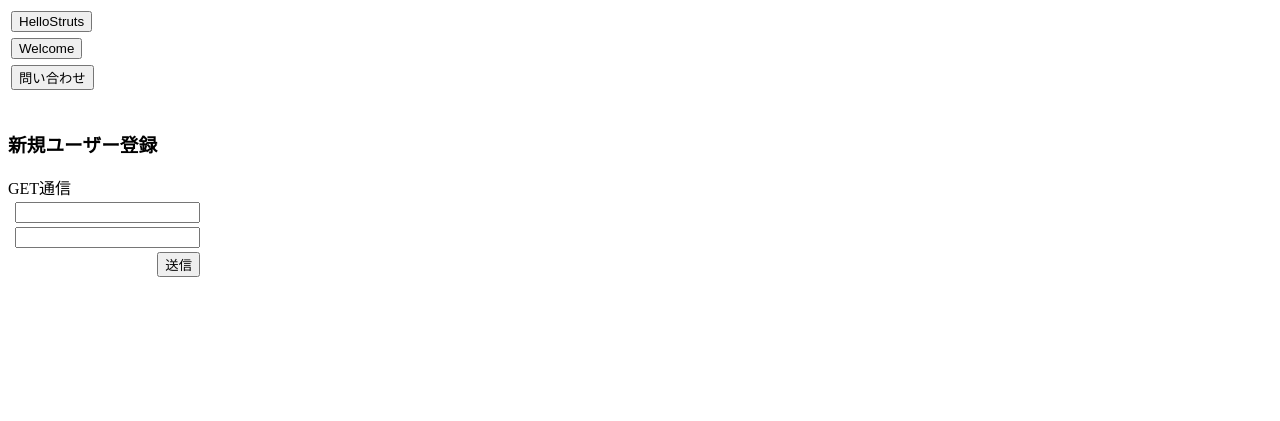
Repository: Kazuho-Komagamine/test
Page: http://localhost/WebProj3/
These files come from the project's save history. The page is drawn as it stood at one moment and after the next save; the edit follows.
The browser window is 1280 px wide. The pictures show the whole page.
The page is served by Tomcat 9.

Above is the page before, as saved 2018-06-27 06:44:03.

After the next save:
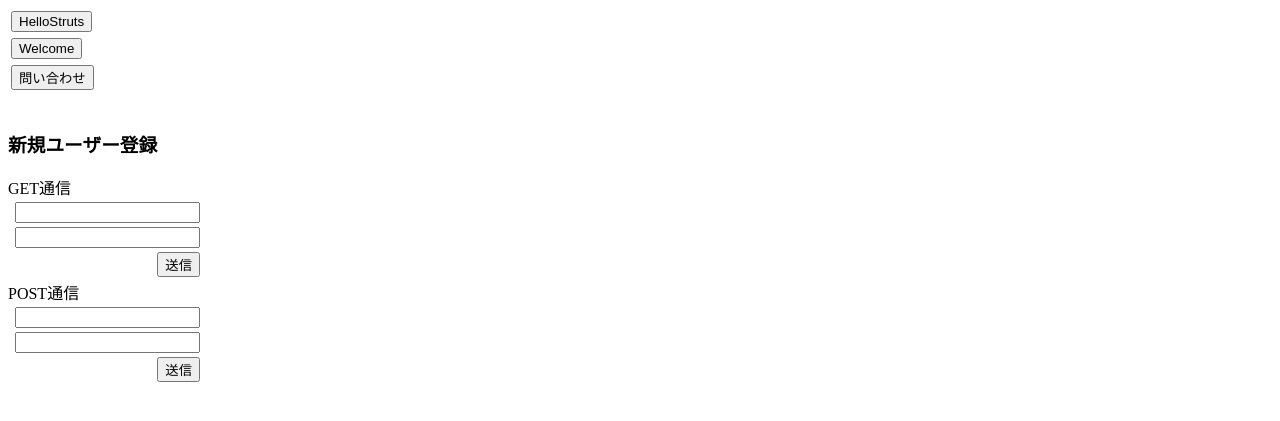
Saved 36 s later.
--- a/WebProj3/WebContent/index.jsp
+++ b/WebProj3/WebContent/index.jsp
@@ -29,6 +29,12 @@
         <s:password name="password"/>
         <s:submit value="送信"/>
     </s:form>
+    POST通信
+    <s:form method="post" action="TestAction">
+        <s:textfield name="username"/>
+        <s:password name="password"/>
+        <s:submit value="送信"/>
+    </s:form>
 
 </body>
 </html>
